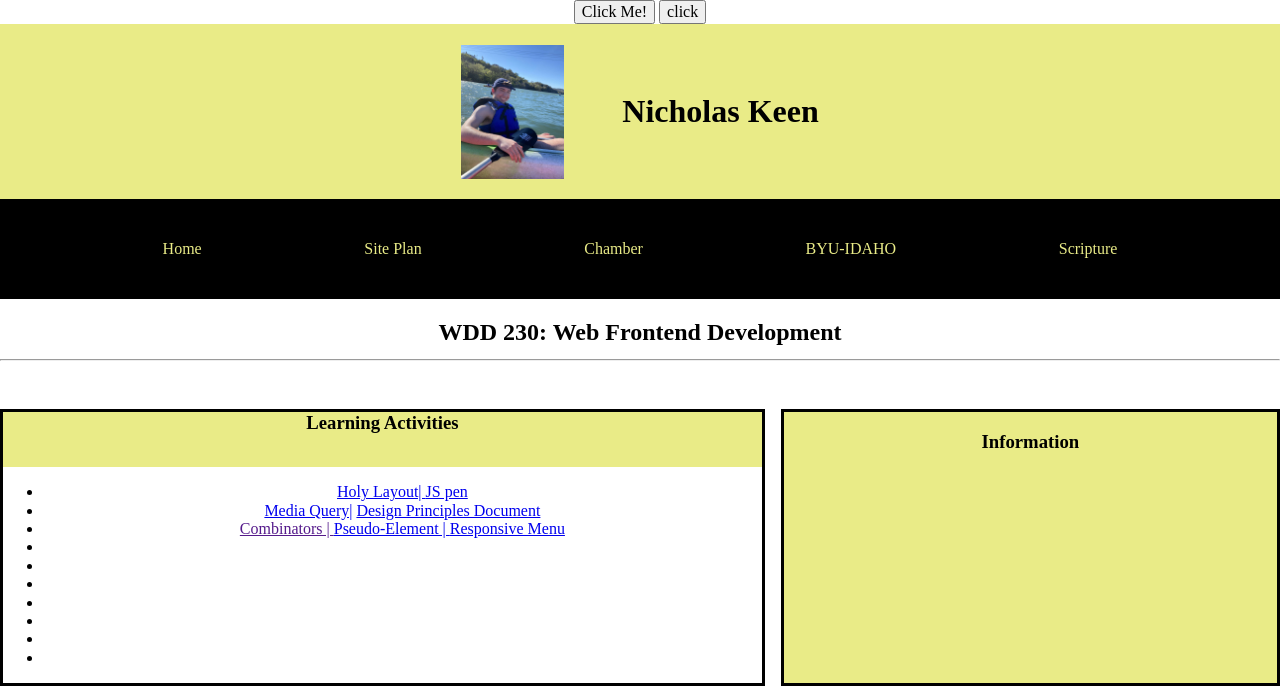
Repository: nak97/WDD230
Page: index.html
The author's editor kept a copy of each file at every save. The page is drawn from the files as they stood at one save, then again after the next save.
The browser window is 1280 px wide. The pictures show the part of the page from y = 0 to 686 px (the page is 1275 px tall).
Pictures or frames that could not be fetched are drawn as grey boxes. Some icons come from a web library that is not loaded, so they are not drawn. Some web libraries are served in a nearby version.

Above is the page before, as saved 2023-09-28 16:27:22.

After the next save:
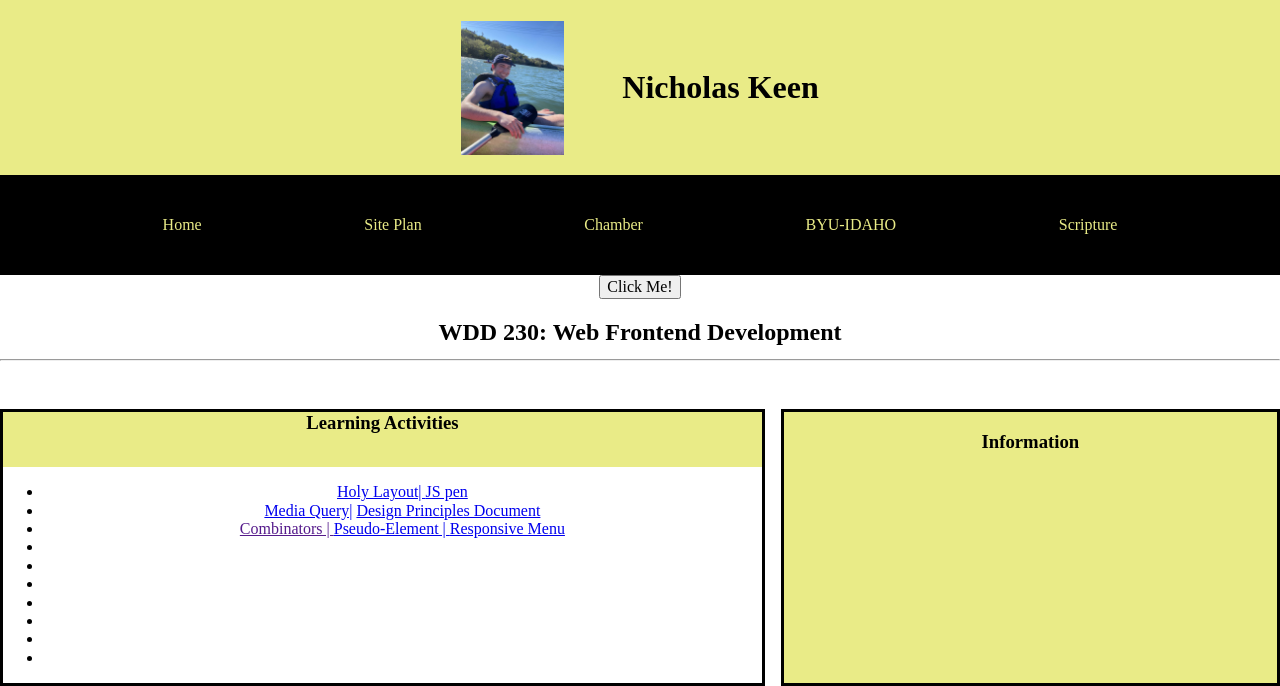
Console error: TypeError: Cannot read properties of null (reading 'addEventListener')
Saved 2 min 3 s later.
--- a/index.html
+++ b/index.html
@@ -16,9 +16,7 @@
   <meta property="og:image" content="images/facebook-meta-tag-pic.png" />
 </head>
 <body>
-  <button type="button" onclick="alert('Hello world!')">Click Me!</button>
 
-  <button type="button"id = menu> click</i></button>
   <header>
     <img src="images/Snapchat-1695523002.jpg" alt="img">
     <h1>
@@ -33,7 +31,7 @@
     <a href="https://www.byui.edu/" target="_blank">BYU-IDAHO</a>
     <a href="https://www.churchofjesuschrist.org/study/scriptures/bofm/alma/27?lang=eng&id=p18#p18" target="_blank">Scripture</a>
   </nav>
-
+  <button type="button" onclick="alert('Hello world!')">Click Me!</button>
   <main>
     <h2 class="title">
       WDD 230: Web Frontend Development
